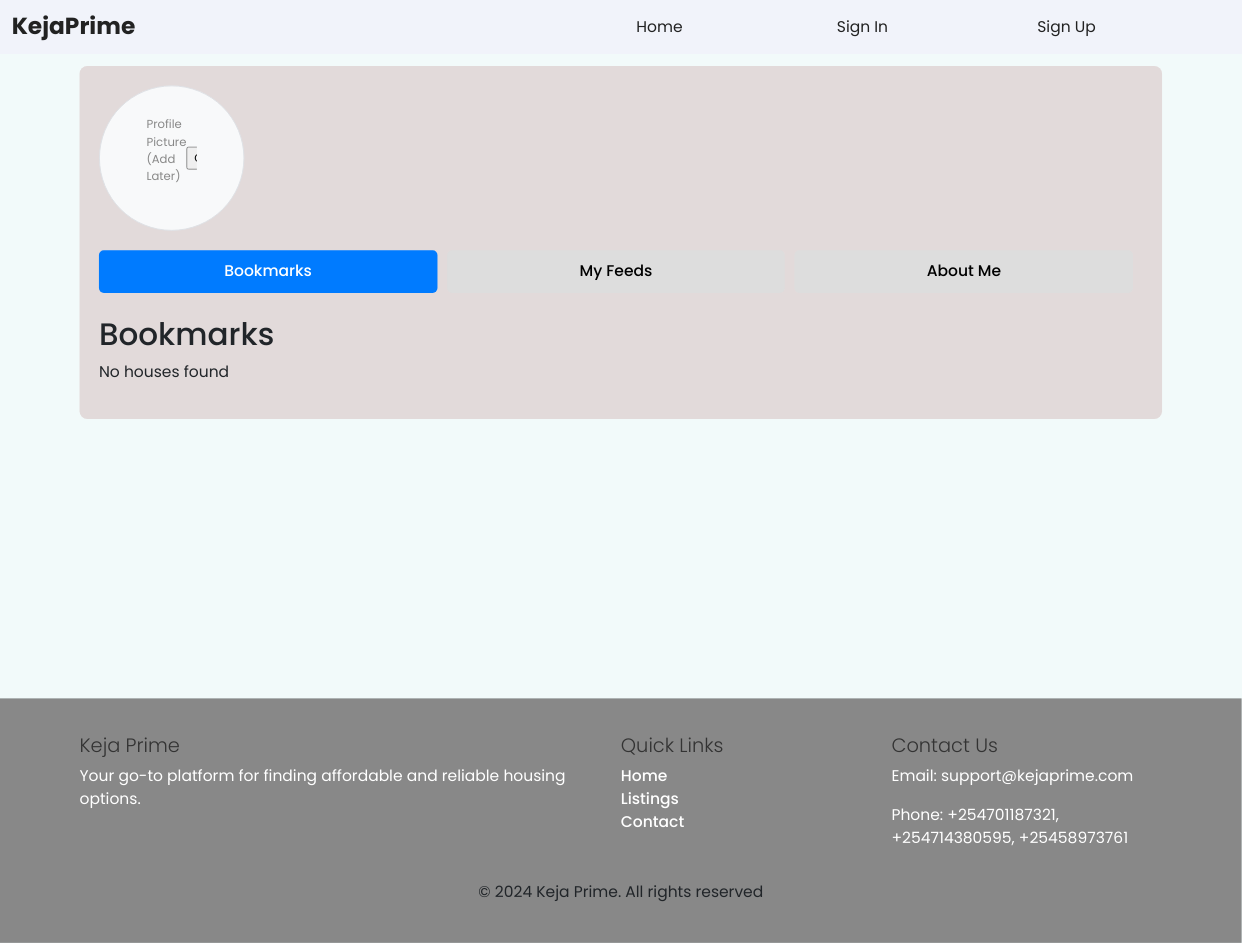
Repository: Pascal7601/kejaPrime
Page: /profile (app in frontend/)
An editor plug-in stored every save of this project. The page is shown before and after a run of saves, followed by the edit.
The browser window is 1280 px wide. The pictures show the whole page, at 97% of full size.
The page's requests for data from a server got no answer. The project was rebuilt for these pictures with package versions that can differ from the ones it lists, and the page was loaded fresh each time. No one was signed in, and anything a server would have sent is missing. Also part of the build but not shown: frontend/vite.config.js, frontend/src/styles/HeroSection.css, frontend/src/components/HeroSection.jsx, frontend/src/pages/Home.jsx, frontend/src/components/Houses.jsx, frontend/src/pages/Listings.jsx, frontend/src/styles/PostHouse.css, frontend/src/pages/PostHouse.jsx and 10 more.

Above is the page before, as saved 2024-10-22 11:25:07.

After the next 2 saves:
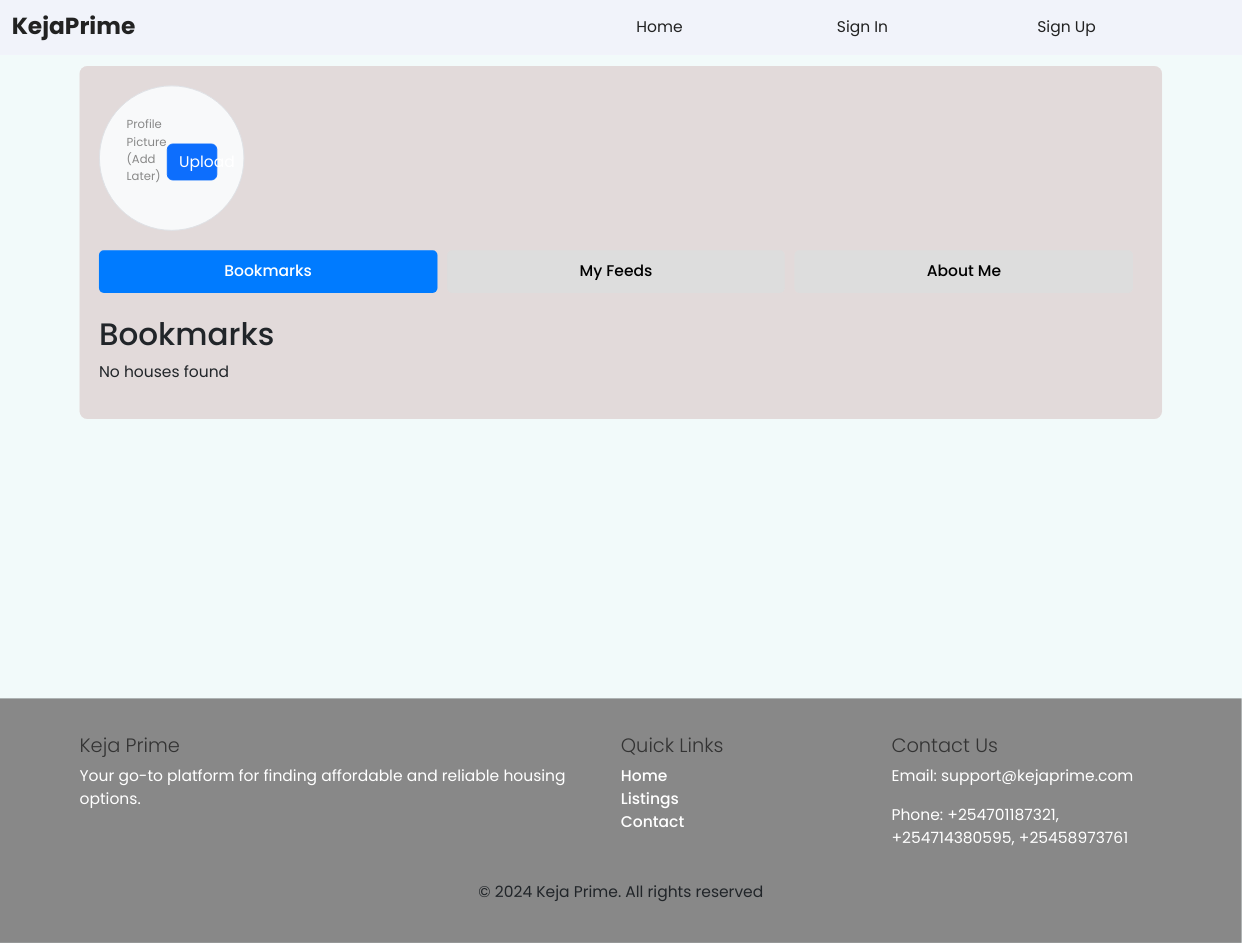
The 2 saves are shown as one change because they came seconds apart.
The last was saved 27 s later.
--- a/frontend/src/components/Profile.jsx
+++ b/frontend/src/components/Profile.jsx
@@ -212,6 +212,7 @@ function Profile() {
                 <p>Profile Picture (Add Later)</p>
               )}
               <input type="file" onChange={handleFileChange} />
+              <button onClick={handleFileUpload} className="btn btn-primary mt-2">Upload</button>
             </div>
           </div>
           {/* Navigation Tabs */}
